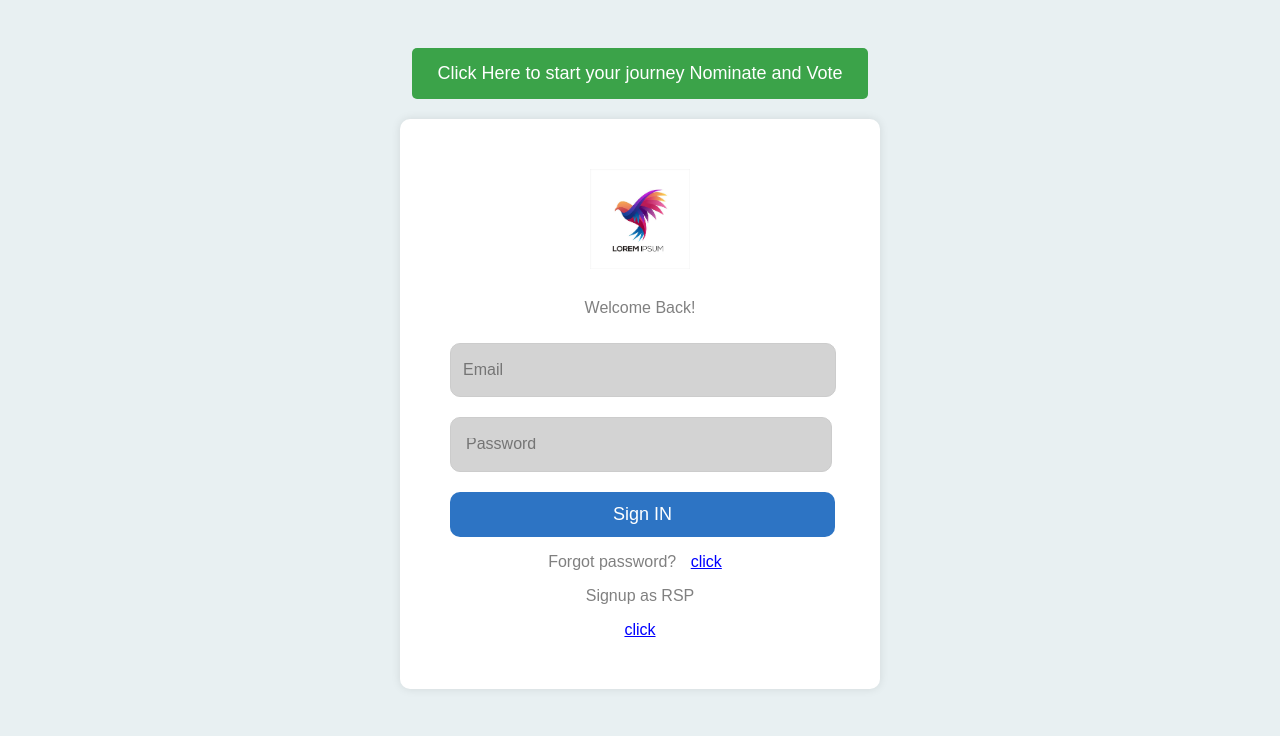
Repository: Femi007-gh/welcome
Page: index.html
An editor plug-in stored every save of this project. The page is shown before and after a run of saves, followed by the edit.
The browser window is 1280 px wide. The pictures show the whole page.
Some web libraries are served in a nearby version.

Above is the page before, as saved 2025-03-10 18:45:48.

### index.html
<!DOCTYPE html>
<html lang="en">
<head>
    <meta charset="UTF-8">
    <meta name="viewport" content="width=device-width, initial-scale=1.0">
    <title>Login Page</title>
    <script src="https://kit.fontawesome.com/a076d05399.js" crossorigin="anonymous"></script>
    <style>
        body {
            font-family: Arial, sans-serif;
            background-color: #e8f0f2;
            display: flex;
            justify-content: center;
            align-items: center;
            height: 100vh;
            flex-direction: column;
        }
        .green-button {
            background-color: #3ba349;
            color: white;
            padding: 15px 25px;
            border: none;
            border-radius: 5px;
            cursor: pointer;
            margin-bottom: 20px;
            font-size: 18px;
        }
        .container {
            background-color: white;
            padding: 50px;
            border-radius: 10px;
            box-shadow: 0 0 10px rgba(0, 0, 0, 0.1);
            text-align: center;
            width: 380px;
        }
        .container img {
            width: 100px;
            margin-bottom: 10px;
        }
        p {
            color: gray;
        }
        input {
            width: calc(100% - 20px);
            padding: 12px;
            margin: 10px 0;
            border: 1px solid #ccc;
            border-radius: 10px;
            font-size: 16px;
            background: #d3d3d3;
        }
        .password-container {
            display: flex;
            align-items: center;
            background: #d3d3d3;
            border: 1px solid #ccc;
            border-radius: 10px;
            padding: 10px;
            width: calc(100% - 20px);
            margin: 10px 0;
        }
        .password-container input {
            border: none;
            outline: none;
            flex: 1;
            background: transparent;
            padding: 5px;
        }
        .password-container i {
            cursor: pointer;
            font-size: 18px;
            margin-left: 10px;
        }
        .sign-in-button {
            background-color: #2d74c4;
            color: white;
            padding: 12px;
            border: none;
            border-radius: 10px;
            cursor: pointer;
            width: 100%;
            font-size: 18px;
            margin-top: 10px;
            width: 385px;
        }
        .links {
            margin-top: 10px;
            font-size: 16px;
        }
        .links a {
            color: gray;
            text-decoration: none;
            margin: 0 10px;
        }
        .links a.underline {
            color: blue;
            text-decoration: underline;
        }
        .fit {
          height: 3px;
        }
        .lit{
          height: 28px;
        }
    </style>
</head>
<body>
    <button class="green-button">Click Here to start your journey Nominate and Vote</button>
    <div class="container">
        <img src="Logo.jpg" alt="Nigerian Shippers Council Logo">
        <p>Welcome Back!</p>
        <input type="email" placeholder="Email" class="lit">
        <div class="password-container">
            <input type="password" placeholder="Password" class="fit">
        </div>
        <button class="sign-in-button">Sign IN</button>
        <div class="links">
            <p class="under">Forgot password? <a href="#" class="underline">click</a> </p>

            <p class="under">Signup as RSP</p>
            <a href="#" class="underline">click</a>
        </div>
    </div>
</body>
</html>

After the next 3 saves:
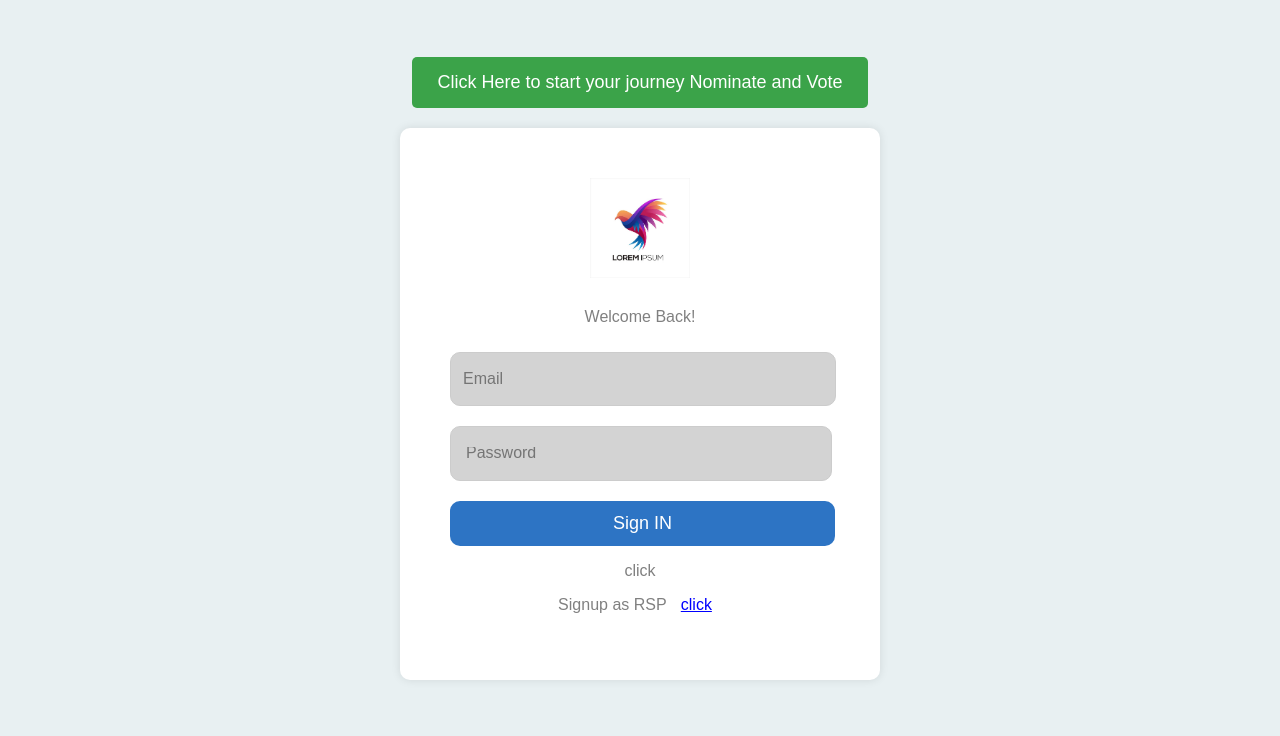
The 3 saves are shown as one change because they came seconds apart.
The last was saved 11 s later.
--- a/index.html
+++ b/index.html
@@ -115,10 +115,10 @@
         </div>
         <button class="sign-in-button">Sign IN</button>
         <div class="links">
-            <p class="under">Forgot password? <a href="#" class="underline">click</a> </p>
+            <p class="under"Forgot password? <a href="#" class="underline">click</a> </p>
 
-            <p class="under">Signup as RSP</p>
-            <a href="#" class="underline">click</a>
+            <p class="under">Signup as RSP  <a href="#" class="underline">click</a></p>
+
         </div>
     </div>
 </body>
